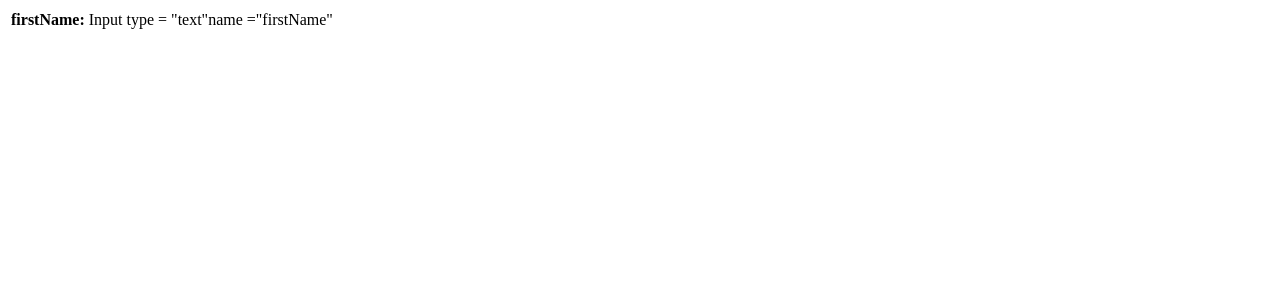
Repository: vikash9562/AdvanceJava
Page: http://localhost/DynamicProject/UserRegistration.jsp
The author's editor kept a copy of each file at every save. The page is drawn from the files as they stood at one save, then again after the next save.
The browser window is 1280 px wide. The pictures show the whole page.
The page is served by Tomcat 9.

Above is the page before, as saved 2023-08-14 08:40:42.

After the next save:
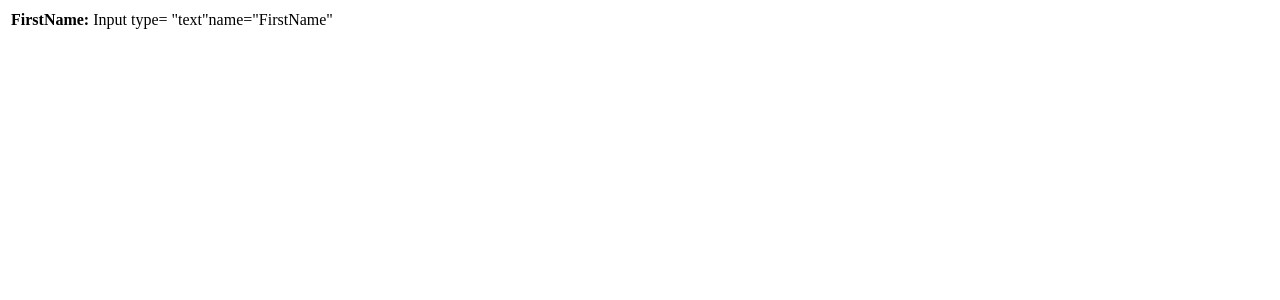
Saved 89 s later.
--- a/advance java/DynamicProject/WebContent/UserRegistration.jsp
+++ b/advance java/DynamicProject/WebContent/UserRegistration.jsp
@@ -10,8 +10,8 @@
 		<form action="Welcome.jsp">
 					<table>
 							<tr>
-								<th> firstName:</th>
-								<td>Input type = "text"name ="firstName"</td>
+								<th> FirstName:</th>
+								<td>Input type= "text"name="FirstName"</td>
 							</tr>
 
 					</table>
